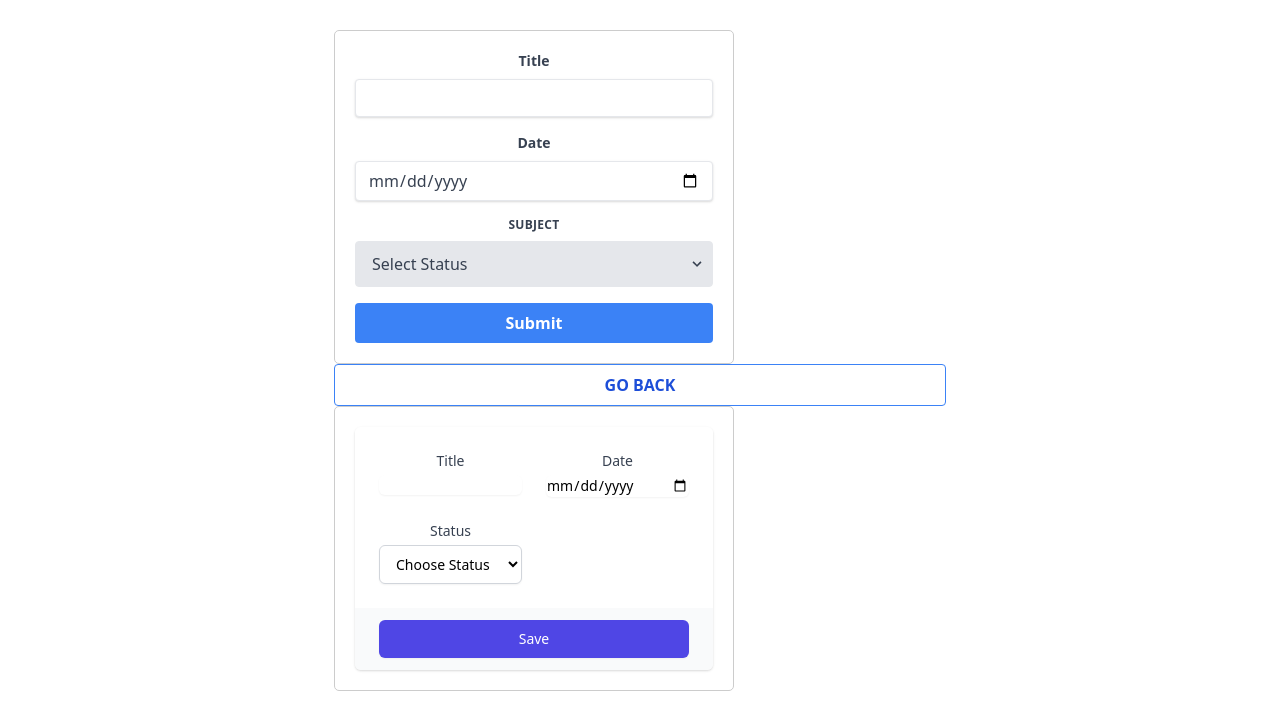
Repository: maikeru-desu/parking-lot
Page: /add (app in parking-lot-fe/)
The author's editor kept a copy of each file at every save. The page is drawn from the files as they stood at one save, then again after the next save.
The browser window is 1280 px wide. The pictures show the whole page.
The project was rebuilt for these pictures with package versions that can differ from the ones it lists, and the page was loaded fresh each time. Also part of the build but not shown: parking-lot-fe/craco.config.js, parking-lot-fe/src/pages/Home.js, parking-lot-fe/src/pages/Edit.js.

Above is the page before, as saved 2021-10-14 06:59:30.

### parking-lot-fe/src/index.js
import React from 'react';
import ReactDOM from 'react-dom';
import './index.css';
import App from './App';
import {Provider} from "react-redux";
import {BrowserRouter} from "react-router-dom";
import reportWebVitals from './reportWebVitals';
import store from './redux/store';

ReactDOM.render(
    <React.StrictMode>
        <BrowserRouter>
            <Provider store={store}>
                <App />
            </Provider>
        </BrowserRouter>
    </React.StrictMode>,
    document.getElementById('root')
);

// If you want to start measuring performance in your app, pass a function
// to log results (for example: reportWebVitals(console.log))
// or send to an analytics endpoint. Learn more: https://bit.ly/CRA-vitals
reportWebVitals();

### parking-lot-fe/src/App.js
import logo from './logo.svg';
import './App.css';
import {Switch, Route} from "react-router-dom";
import Home from './pages/Home';
import Add from './pages/Add';
import Edit from './pages/Edit';

function App() {
  return (
    <div className="App">
        <Switch>
            <Route exact path="/" component={Home} />
            <Route exact path="/add" component={Add} />
            <Route exact path="/edit/:id" component={Edit} />
        </Switch>
    </div>
  );
}

export default App;

### parking-lot-fe/src/redux/store.js
import {createStore, applyMiddleware} from "redux";
import logger from "redux-logger";
import reduxThunk from "redux-thunk";
import rootReducer from "./root-reducer";

const middlewares = [reduxThunk];

if (process.env.NODE_ENV === "development") {
    middlewares.push(logger)
}

const store = createStore(rootReducer, applyMiddleware(...middlewares));

export default store;

### parking-lot-fe/src/pages/Add.js
import React, {useState} from 'react'
import { useHistory } from 'react-router-dom';
import { useDispatch } from 'react-redux';
import { addEvent } from '../redux/actions';
import '../form.css';

const Add = () => {
    const [state, setState] = useState({
        title: "",
        date: "",
        status: ""
    });

    const [error, setError] = useState("");

    let history = useHistory();
    let dispatch = useDispatch();
    const {title, date, status} = state;

    const handleChange = (e) => {
        let {name, value} = e.target;
        console.log(value);
        setState({...state, [name]: value});
    }

    const handleSubmit = (e) => {
        e.preventDefault();
        console.log(state);
        if (!title || !date || !status) {
            setError("All fields are required");
        } else {
            dispatch(addEvent(state));
            history.push('/');
            setError("");
        }
    }
    return (
        <div>
            <form action="">
                <div className="mb-4">
                    <label className="block text-gray-700 text-sm font-bold mb-2" for="name">
                        Title
                    </label>
                    <input
                        name="title"
                        id="title"
                        value={title}
                        type={title}
                        onChange={handleChange}
                        className="shadow appearance-none border rounded w-full py-2 px-3 text-gray-700 leading-tight focus:outline-none focus:shadow-outline"
                    />
                </div>
                <div className="mb-4">
                    <label className="block text-gray-700 text-sm font-bold mb-2" for="name">
                        Date
                    </label>
                    <input
                        type="date"
                        name="date"
                        id="date"
                        value={date}
                        onChange={handleChange}
                        className="shadow appearance-none border rounded w-full py-2 px-3 text-gray-700 leading-tight focus:outline-none focus:shadow-outline"
                    />
                </div>
                <div className="mb-4">
                    <label className="block uppercase tracking-wide text-gray-700 text-xs font-bold mb-2" for="grid-state">
                        Subject
                    </label>
                    <div className="relative">
                        <select
                            id="status"
                            name="status"
                            value={status}
                            onChange={handleChange}
                            className="block appearance-none w-full bg-gray-200 border border-gray-200 text-gray-700 py-3 px-4 pr-8 rounded leading-tight focus:outline-none focus:bg-white focus:border-gray-500">
                            <option>Select Status</option>
                            <option value="0">Pending</option>
                            <option value="2">Ongoing</option>
                            <option value="1">Done</option>
                        </select>
                        <div className="pointer-events-none absolute inset-y-0 right-0 flex items-center px-2 text-gray-700">
                            <svg className="fill-current h-4 w-4" xmlns="http://www.w3.org/2000/svg" viewBox="0 0 20 20">
                                <path d="M9.293 12.95l.707.707L15.657 8l-1.414-1.414L10 10.828 5.757 6.586 4.343 8z" />
                            </svg>
                        </div>
                    </div>
                </div>
                <div className="flex items-center justify-between">
                    <button
                        className="bg-blue-500 hover:bg-blue-700 text-white font-bold py-2 px-4 rounded focus:outline-none focus:shadow-outline"
                        type="button">
                        Submit
                    </button>
                </div>
            </form>

            <button onClick={ () => history.push("/") } className="bg-transparent hover:bg-blue-500 text-blue-700 font-semibold hover:text-white py-2 px-4 border border-blue-500 hover:border-transparent rounded">
                GO BACK
            </button>
            {error && <h3 className="text-red-700">{error}</h3>}
            <div className="mt-10 sm:mt-0">
                <div className="md:grid md:grid-cols-3 md:gap-6">
                    <div className="mt-5 md:mt-0 md:col-span-2">
                        <form method="POST" onSubmit={handleSubmit}>
                            <div className="shadow overflow-hidden sm:rounded-md">
                                <div className="px-4 py-5 bg-white sm:p-6">
                                    <div className="grid grid-cols-6 gap-6">
                                        <div className="col-span-6 sm:col-span-3">
                                            <label htmlFor="first-name" className="block text-sm font-medium text-gray-700">
                                                Title
                                            </label>
                                            <input
                                                name="title"
                                                id="title"
                                                value={title}
                                                type={title}
                                                onChange={handleChange}
                                                className="mt-1 focus:ring-indigo-500 focus:border-indigo-500 block w-full shadow-sm sm:text-sm border-gray-300 rounded-md"
                                            />
                                        </div>
                                        <div className="col-span-6 sm:col-span-3">
                                            <label htmlFor="last-name" className="block text-sm font-medium text-gray-700">
                                                Date
                                            </label>
                                            <input
                                                type="date"
                                                name="date"
                                                id="date"
                                                value={date}
                                                onChange={handleChange}
                                                className="mt-1 focus:ring-indigo-500 focus:border-indigo-500 block w-full shadow-sm sm:text-sm border-gray-300 rounded-md"
                                            />
                                        </div>
                                        <div className="col-span-6 sm:col-span-3">
                                            <label htmlFor="country" className="block text-sm font-medium text-gray-700">
                                                Status
                                            </label>
                                            <select
                                                id="status"
                                                name="status"
                                                value={status}
                                                onChange={handleChange}
                                                className="mt-1 block w-full py-2 px-3 border border-gray-300 bg-white rounded-md shadow-sm focus:outline-none focus:ring-indigo-500 focus:border-indigo-500 sm:text-sm"
                                            >
                                                <option>Choose Status</option>
                                                <option value="0">Pending</option>
                                                <option value="2">Ongoing</option>
                                                <option value="1">Done</option>
                                            </select>
                                        </div>
                                    </div>
                                </div>
                                <div className="px-4 py-3 bg-gray-50 text-right sm:px-6">
                                    <button
                                        type="submit"
                                        className="inline-flex justify-center py-2 px-4 border border-transparent shadow-sm text-sm font-medium rounded-md text-white bg-indigo-600 hover:bg-indigo-700 focus:outline-none focus:ring-2 focus:ring-offset-2 focus:ring-indigo-500"
                                    >
                                        Save
                                    </button>
                                </div>
                            </div>
                        </form>
                    </div>
                </div>
            </div>
        </div>
    )
}

export default Add

### parking-lot-fe/src/redux/root-reducer.js
import {combineReducers} from "redux";
import eventsReducers from "./reducer";

const rootReducer = combineReducers({
    events: eventsReducers
});

export default rootReducer;

### parking-lot-fe/src/redux/actions.js
import * as types from "./actionType";
import axios from "axios";

const getEvents = (events) => ({
    type: types.GET_EVENTS,
    payload: events
});

const eventDeleted = () => ({
    type: types.DELETE_EVENT
});

const eventAdded = () => ({
    type: types.ADD_EVENT
});

const eventFetched = (event) => ({
    type: types.GET_EVENT,
    payload: event,
});

const eventUpdated = () => ({
    type: types.UPDATE_EVENT
});

export const loadEvents = () => {
    return function (dispatch) {
        axios.get(`${process.env.REACT_APP_API}`).then((resp) => {
            // console.log("resp", resp);
            dispatch(getEvents(resp.data));
        })
        .catch((error) => console.log(error));
    };
};

export const deleteEvent = (id) => {
    return function (dispatch) {
        axios.delete(`${process.env.REACT_APP_API}/${id}`).then((resp) => {
            console.log("resp", resp);
            dispatch(eventDeleted());
            dispatch(loadEvents());
        })
        .catch((error) => console.log(error));
    };
};

export const addEvent = (user) => {
    return function (dispatch) {
        axios.post(`${process.env.REACT_APP_API}`, user).then((resp) => {
            console.log("resp", resp);
            dispatch(eventAdded());
            dispatch(loadEvents());
        })
        .catch((error) => console.log(error));
    };
};

export const getEvent = (id) => {
    return function (dispatch) {
        axios.get(`${process.env.REACT_APP_API}/${id}`).then((resp) => {
            console.log("resp", resp);
            dispatch(eventFetched(resp.data));
        })
        .catch((error) => console.log(error));
    };
};

export const updateEvent = (user, id) => {
    return function (dispatch) {
        axios.put(`${process.env.REACT_APP_API}/${id}`, user).then((resp) => {
            console.log("resp", resp);
            dispatch(eventUpdated());
        })
            .catch((error) => console.log(error));
    };
};

### parking-lot-fe/src/form.css
html, body {
  height: 100%
}

body {
  display: flex;
  justify-content: center;
  align-items: center;
}

form {
  padding: 20px;
  border: 1px solid #ccc;
  border-radius: 5px;
  width: 400px;
}

button {
  width: 100%
}

### parking-lot-fe/src/redux/reducer.js
import * as types from "./actionType";

const initialState = {
    events: [],
    event: {},
    loading: true
}

const eventsReducers = (state = initialState, action) => {
    switch (action.type) {
        case types.GET_EVENTS:
            return {
                ...state,
                events: action.payload,
                loading: false,
            };
        case types.DELETE_EVENT:
        case types.ADD_EVENT:
        case types.UPDATE_EVENT:
            return {
                ...state,
                loading: false,
            }
        case types.GET_EVENT:
            return {
                ...state,
                event: action.payload,
                loading: false,
            };
        default:
            return state;
    }
}

export default eventsReducers;

### parking-lot-fe/src/redux/actionType.js
export const GET_EVENTS = "GET_EVENTS";
export const DELETE_EVENT = "DELETE_EVENT";
export const ADD_EVENT = "ADD_EVENT";
export const GET_EVENT = "GET_EVENT";
export const UPDATE_EVENT = "UPDATE_EVENT";

Loaded but not shown: parking-lot-fe/src/index.css (common file); parking-lot-fe/src/reportWebVitals.js (common file); parking-lot-fe/src/App.css (common file); parking-lot-fe/tailwind.config.js (common file)

After the next save:
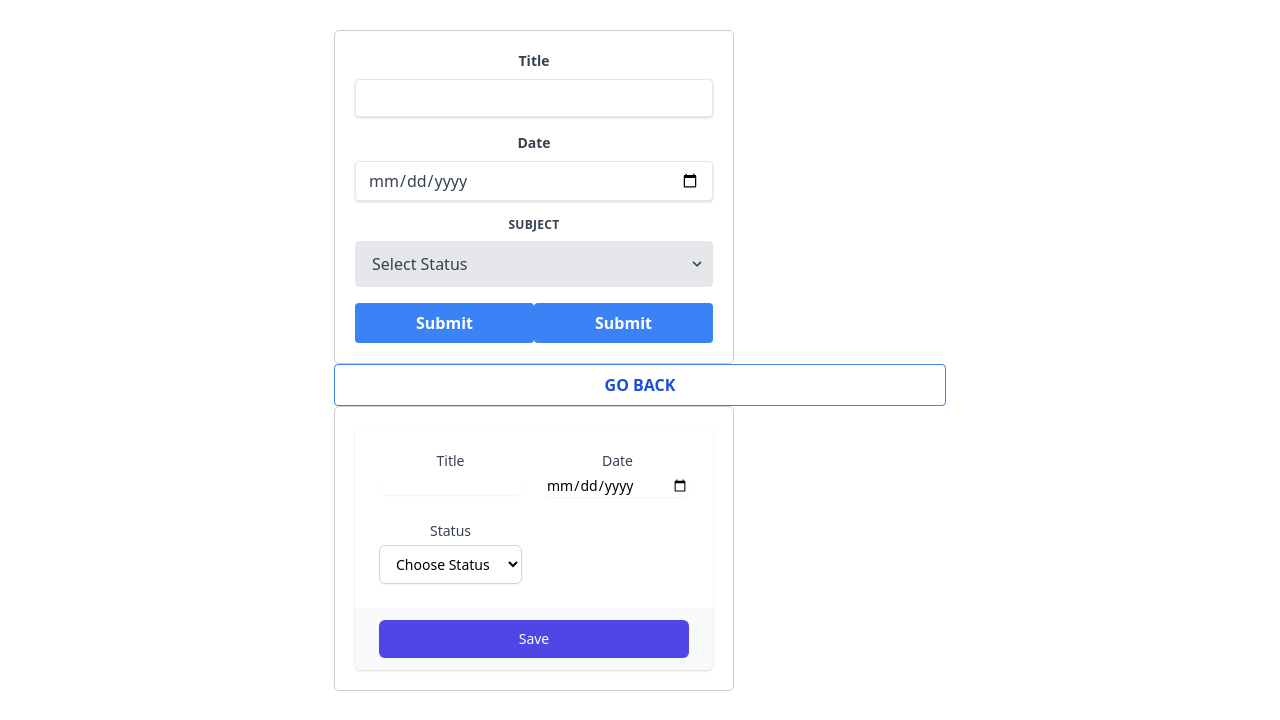
Saved 13 s later.
--- a/parking-lot-fe/src/pages/Add.js
+++ b/parking-lot-fe/src/pages/Add.js
@@ -92,6 +92,11 @@ const Add = () => {
                         type="button">
                         Submit
                     </button>
+                    <button
+                        className="bg-blue-500 hover:bg-blue-700 text-white font-bold py-2 px-4 rounded focus:outline-none focus:shadow-outline"
+                        type="button">
+                        Submit
+                    </button>
                 </div>
             </form>
 
